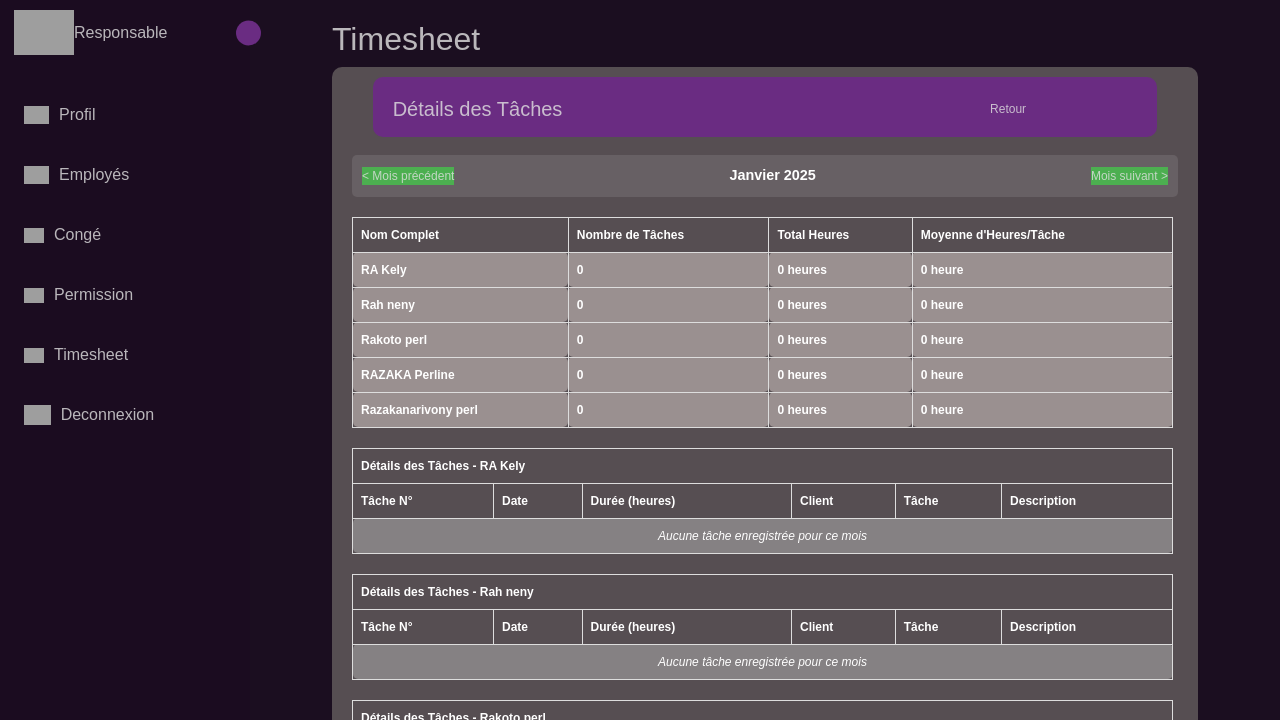
Repository: Fandresena19/Gestion-employe
Page: http://localhost/phpmailer/Assets/responsable/vue/detail_timesheet.php?mois=1&annee=2025
An editor plug-in stored every save of this project. The page is shown before and after the next save, followed by the edit.
The browser window is 1280 px wide. The pictures show the whole page.
Pictures or frames that could not be fetched are drawn as grey boxes. An inner scrolling area shows only its first screen. Some web fonts or font styles are not loaded; a fallback is used. The page is run by PHP 8.4 with error messages shown; the project is at /var/www/html/. The database holds what the project's SQL file puts in it.

Above is the page before, as saved 2025-05-12 09:11:04.

### Assets/responsable/vue/detail_timesheet.php
<?php
include('../other/head.php');

// Récupération du mois et de l'année actuels ou des paramètres passés dans l'URL
$moisActuel = isset($_GET['mois']) ? intval($_GET['mois']) : intval(date('m'));
$anneeActuelle = isset($_GET['annee']) ? intval($_GET['annee']) : intval(date('Y'));

// Vérification de la validité du mois
if ($moisActuel < 1) {
  $moisActuel = 12;
  $anneeActuelle--;
} elseif ($moisActuel > 12) {
  $moisActuel = 1;
  $anneeActuelle++;
}

// Date du premier jour du mois
$premierJourDuMois = $anneeActuelle . '-' . str_pad($moisActuel, 2, '0', STR_PAD_LEFT) . '-01';
// Date du dernier jour du mois
$dernierJourDuMois = date('Y-m-t', strtotime($premierJourDuMois));

// Noms des mois pour l'affichage
$nomsMois = [
  1 => 'Janvier',
  2 => 'Février',
  3 => 'Mars',
  4 => 'Avril',
  5 => 'Mai',
  6 => 'Juin',
  7 => 'Juillet',
  8 => 'Août',
  9 => 'Septembre',
  10 => 'Octobre',
  11 => 'Novembre',
  12 => 'Décembre'
];

// Calcul du mois précédent et suivant pour la navigation
$moisPrecedent = $moisActuel - 1;
$anneePrecedente = $anneeActuelle;
if ($moisPrecedent < 1) {
  $moisPrecedent = 12;
  $anneePrecedente--;
}

$moisSuivant = $moisActuel + 1;
$anneeSuivante = $anneeActuelle;
if ($moisSuivant > 12) {
  $moisSuivant = 1;
  $anneeSuivante++;
}

// Vérifier si l'utilisateur est un responsable
$estResponsable = false;
if (isset($_SESSION['id_user']) && isset($_SESSION['role'])) {
  $estResponsable = ($_SESSION['role'] === 'Responsable');
}

// D'abord récupérer tous les employés
$requeteEmployes = $bdd->query('SELECT matricule_emp, nom_emp, prenom_emp FROM employer_login ORDER BY nom_emp');

// Tableau pour stocker les informations des employés
$employesInfos = [];

// Initialiser les données pour tous les employés
while ($employe = $requeteEmployes->fetch(PDO::FETCH_ASSOC)) {
  $matricule = $employe['matricule_emp'];

  $employesInfos[$matricule] = [
    'nom_complet' => $employe['nom_emp'] . ' ' . $employe['prenom_emp'],
    'total_heures' => 0,
    'nb_taches' => 0,
    'taches' => []
  ];
}

// Requête pour récupérer toutes les tâches du mois pour tous les employés
$requeteTaches = $bdd->prepare('
    SELECT t.*, e.nom_emp, e.prenom_emp
    FROM timesheet t
    JOIN employer_login e ON e.matricule_emp = t.matricule_emp
    WHERE t.date_tache BETWEEN :debut AND :fin
    ORDER BY e.matricule_emp, t.date_tache DESC
');

$requeteTaches->execute([
  'debut' => $premierJourDuMois,
  'fin' => $dernierJourDuMois
]);

// Compléter les informations des employés avec leurs tâches
while ($tache = $requeteTaches->fetch(PDO::FETCH_ASSOC)) {
  $matricule = $tache['matricule_emp'];

  if (isset($employesInfos[$matricule])) {
    $tacheInfo = [
      'id_timesheet' => $tache['id_timesheet'],
      'tache' => $tache['tache'],
      'date_tache' => $tache['date_tache'],
      'duree_tache' => $tache['duree_tache'],
      'client' => $tache['client'],
      'description_tache' => $tache['description_tache'],
      'note' => $tache['note']
    ];

    $employesInfos[$matricule]['taches'][] = $tacheInfo;
    $employesInfos[$matricule]['total_heures'] += intval($tache['duree_tache']);
    $employesInfos[$matricule]['nb_taches']++;
  }
}

// Comptage des tâches pour chaque employé dans le mois sélectionné
foreach ($employesInfos as $matricule => &$employe) {
  $stmt = $bdd->prepare('
        SELECT COUNT(*) AS total, SUM(duree_tache) AS heures_totales
        FROM timesheet
        WHERE matricule_emp = :matricule AND date_tache BETWEEN :debut AND :fin
    ');
  $stmt->execute([
    'matricule' => $matricule,
    'debut' => $premierJourDuMois,
    'fin' => $dernierJourDuMois
  ]);
  $result = $stmt->fetch(PDO::FETCH_ASSOC);
  $employe['nb_taches'] = $result['total'] ?: 0;
  $employe['total_heures'] = $result['heures_totales'] ?: 0;
}
unset($employe); // Détruire la référence à la dernière valeur
?>

<style>
  html,
  body {
    height: 100%;
    margin: 0;
    overflow: hidden;
  }

  .contenu {
    flex-grow: 1;
    display: flex;
    flex-direction: column;
    margin-top: -2% !important;
    overflow-y: auto;
  }

  .contenu header {
    flex-shrink: 0;
  }

  .navigation {
    display: flex;
    justify-content: space-between;
    align-items: center;
    margin-bottom: 20px;
    background-color: rgba(255, 255, 255, 0.1);
    padding: 10px;
    border-radius: 5px;
  }

  .navigation button{
    background-color: #4CAF50;
    border: none;
  }

  .mois-actuel {
    font-size: 1.2em;
    font-weight: bold;
    color: white;
  }

  .nav-buttons {
    display: flex;
    gap: 10px;
  }

  .scrollbar {
    max-height: 70vh;
    overflow-y: auto;
    padding-right: 5px;
  }

  table {
    width: 100%;
    border-collapse: collapse;
    margin-bottom: 20px;
  }

  th,
  td {
    border: 1px solid #ddd;
    padding: 8px;
    text-align: left;
    color: white !important;
  }

  tr:hover {
    background-color: transparent !important;
  }

  .recap-header {
    background-color: rgb(154, 144, 144);
    font-weight: bold;
  }

  .tache-row {
    background-color: rgba(100, 149, 237, 0.7);
  }

  .no-tache {
    background-color: rgba(180, 180, 180, 0.5);
    font-style: italic;
  }

  .bouton-retour {
    margin-right: 10px;
  }

  .header-actions {
    display: flex;
    justify-content: space-between;
    align-items: center;
    width: 100%;
  }

  .tache-detail {
    margin-bottom: 5px;
  }

  .tache-description {
    max-width: 300px;
    overflow: hidden;
    text-overflow: ellipsis;
    white-space: nowrap;
  }
</style>

<div class="annotation">
  <h2>Timesheet</h2>
</div><br>

<div class="contenu">
  <header>
    <div class="header-actions">
      <h4>Détails des Tâches</h4>
      <div class="bouton bouton-retour">
        <a href="./liste_timesheet.php"><button type="submit">Retour</button></a>
      </div>
    </div>
  </header> <br />

  <div class="navigation">
    <a href="?mois=<?php echo $moisPrecedent; ?>&annee=<?php echo $anneePrecedente; ?>">
      <button type="button">&lt; Mois précédent</button>
    </a>
    <div class="mois-actuel">
      <?php echo $nomsMois[$moisActuel] . ' ' . $anneeActuelle; ?>
    </div>
    <a href="?mois=<?php echo $moisSuivant; ?>&annee=<?php echo $anneeSuivante; ?>">
      <button type="button">Mois suivant &gt;</button>
    </a>
  </div>

  <div class="scrollbar">
    <table>
      <thead>
        <tr>
          <th>Nom Complet</th>
          <th>Nombre de Tâches</th>
          <th>Total Heures</th>
          <th>Moyenne d'Heures/Tâche</th>
        </tr>
      </thead>
      <tbody>
        <?php foreach ($employesInfos as $matricule => $employe): ?>
          <tr class="recap-header">
            <td><?php echo $employe['nom_complet']; ?></td>
            <td><?php echo $employe['nb_taches']; ?></td>
            <td><?php echo $employe['total_heures']; ?> heures</td>
            <td>
              <?php
              echo $employe['nb_taches'] > 0
                ? round($employe['total_heures'] / $employe['nb_taches'], 1) . ' heures'
                : '0 heure';
              ?>
            </td>
          </tr>
        <?php endforeach; ?>
      </tbody>
    </table>

    <?php foreach ($employesInfos as $matricule => $employe): ?>
      <table>
        <thead>
          <tr>
            <th colspan="6">Détails des Tâches - <?php echo $employe['nom_complet']; ?></th>
          </tr>
          <tr>
            <th>Tâche N°</th>
            <th>Date</th>
            <th>Durée (heures)</th>
            <th>Client</th>
            <th>Tâche</th>
            <th>Description</th>
          </tr>
        </thead>
        <tbody>
          <?php if (empty($employe['taches'])): ?>
            <tr class="no-tache">
              <td colspan="6" style="text-align: center;">Aucune tâche enregistrée pour ce mois</td>
            </tr>
          <?php else: ?>
            <?php foreach ($employe['taches'] as $tache): ?>
              <tr class="tache-row">
                <td><?php echo $tache['id_timesheet']; ?></td>
                <td><?php echo date('d/m/Y', strtotime($tache['date_tache'])); ?></td>
                <td><?php echo $tache['duree_tache']; ?></td>
                <td><?php echo $tache['client']; ?></td>
                <td><?php echo $tache['tache']; ?></td>
                <td class="tache-description" title="<?php echo htmlspecialchars($tache['description_tache']); ?>">
                  <?php echo htmlspecialchars($tache['description_tache']); ?>
                </td>
              </tr>
              <?php if (!empty($tache['note'])): ?>
                <tr>
                  <td colspan="6" class="tache-detail">
                    <strong>Note:</strong> <?php echo htmlspecialchars($tache['note']); ?>
                  </td>
                </tr>
              <?php endif; ?>
            <?php endforeach; ?>
          <?php endif; ?>
        </tbody>
      </table>
    <?php endforeach; ?>
  </div>
</div>

<?php
include('../other/foot.php');
?>

### Assets/responsable/other/head.php
<?php
session_start();

include('bd.php');

?>

<!DOCTYPE html>
<html lang="en">

<head>
  <meta charset="UTF-8">
  <meta http-equiv="X-UA-Compatible" content="IE=edge">
  <meta name="viewport" content="width=device-width, initial-scale=1.0">
  <link rel="stylesheet" href="../../bootstrap4/css/bootstrap.min.css">
  <link rel="stylesheet" href="../../bootstrap4/boxicons-2.1.4/css/boxicons.min.css">
  <link rel="stylesheet" href="../../css/style_nav.css">
  <link rel="stylesheet" href="../../css/conge.css">
  <link rel="stylesheet" href="../../css/modif_emp.css">
  <link rel="stylesheet" href="../../css/modal.css">
  <title>Respponsable</title>

</head>

<body>

  <div class="container-fluid">
    <div id="container">

      <nav class="sidebar" id="side_nav">
        <header>
          <div class="image-text">
            <span class="image">
              <img src="../../Icone/Logo.png" alt="">
            </span>

            <div class="text header-text">
              <span class="resplonsable">Responsable</span>
            </div>
          </div>

          <i class="bx bx-chevron-right toggle"></i>
        </header>

        <div class="menu-bar">
          <div class="menu">

            <ul class="list-unstyled nav-links">
              <a href="../vue/pageresponsable.php">
                <li><img src="../../Icone/home.png" alt="" width="25px" class="icone"><span>Profil</span></li>
              </a>
              <a href="../vue/liste_employe.php">
                <li><img src="../../Icone/user.png" alt="" width="25px" class="icone"><span>Employés</span></li>
              </a>
              <a href="../vue/liste_conge.php">
                <li><img src="../../Icone/leave.png" alt="" width="20px" class="icone"><span>Congé</span></li>
              </a>
              <a href="../vue/liste_permission.php">
                <li class=""><img src="../../Icone/permission.png" alt="" width="20px" class="icone"><span>Permission</span></li>
              </a>
              <a href="../vue/detail_timesheet.php">
                <li><img src="../../Icone/timesheet.png" alt="" width="20px" class="icone"><span>Timesheet</span></li>
              </a>
              <a href="#">
                <li onclick="document.getElementById('id01').style.display='block'"><img src="../../Icone/logout.png" alt="" width="-25px" height="20px" class="icone"><span>Deconnexion</span></li>
              </a><br>

            </ul>
          </div>
        </div>
      </nav>

      <div id="id01" class="modal">
        <span onclick="document.getElementById('id01').style.display='none'" class="close">×</span>
        <form class="modal-content" action="">
          <div class="container">
            <h1>Deconnexion</h1>
            <p>Voulez-vous vraiment se deconnecter?</p>

            <div class="clearfix">
              <a href="../../other/logout.php"><button type="button" onclick="document.getElementById('id01').style.display='none'" class="deletebtn">Oui</button></a>
              <button type="button" onclick="document.getElementById('id01').style.display='none'" class="cancelbtn">Non</button>
            </div>
          </div>
        </form>
      </div>

      <div class="dashboard" id="Main">

### Assets/responsable/other/bd.php
<?php

$servername = "localhost";
$dbname = "gestion_employe";
$username = "root";
$password = '';

try{
    $bdd = new PDO("mysql:host=$servername;dbname=$dbname" ,$username , $password);
    $bdd->setAttribute(PDO::ATTR_ERRMODE, PDO::ERRMODE_EXCEPTION);

    return $bdd;
}catch(PDOException $e){
    die('Erreur de connexion' . $e->getMessage());
}


?>

### Assets/responsable/other/foot.php
</div>
  </div>

  <script src="../../js/Sidebar.js"></script>
</body>

</html>

### Assets/css/style_nav.css
*{
    font-family: Arial, Helvetica, sans-serif;
    margin: 0;
    padding: 0;
    box-sizing: border-box;
    color: var(--text-color);
}

:root{
    /* Couleur */
    --bg-nav: #1B0C20;
    --bg-body: #1B0E20;
    --body-second-bg: #6a6363bf;
    --bouton-hover : #C4BCBC;
    --active: #6A2C82;
    --text-color: #e0e0e0ce;
    --menu-color: #14041ae6;

    /* transition */
    --trans-02: all 0.2s ease;
    --trans-03: all 0.3s ease;
    --trans-04: all 0.4s ease;
    --trans-05: all 0.5s ease;
}

body{
    height: 100%;
    background-color: var(--bg-body);

}

/* ==== Sidebar ==== */
.sidebar{
    position: fixed;
    top: 0;
    left: 0;
    height: 100%;
    width: 250px;
    padding: 10px 14px;
    z-index: 1000%;
    background-color: var(--bg-nav);
    transition: var(--trans-05);
}
.sidebar.close{
    width: 80px;
    height: 100%;
    top: 0;
    z-index: 100%;
}

/* === Contenu Sidebar === */
.sidebar.close .text{
    opacity: 0;
}
.sidebar.close .menu ul a li span{
    opacity: 0;
}
.sidebar.close .nav-links li img{
    margin-left: 25%;
}

.sidebar header{
    position: relative
}

.sidebar .image{
    min-width: 60px;
    display: flex;
    align-items: center;
}

.sidebar .image-text img{
    max-width: 60px;
    display: flex;
    justify-content: center;
}

.sidebar header .image-text{
    display: flex;
    align-items: center;
    transition: var(--trans-03);
    white-space: nowrap;
}

header .image-text .header-text{
    display: flex;
    flex-direction: column;
}

.header-text .employe{
    font-weight: 600;
    font-size: 30px;
    margin-left: 10px;
    color: var(--text-color);
}

/* Toggle */
.sidebar.sidebar.close header .toggle{
    transform: translateY(-50%);
}
.sidebar header .toggle{
    position: absolute;
    top: 50%;
    right: -25px;
    transform: translateY(-50%) rotate(180deg);
    height: 25px;
    width: 25px;
    background-color: var(--active);
    display: flex;
    align-items: center;
    justify-content: center;
    border-radius: 50%;
    font-size: 20px;
    z-index: 100%;
    transition: var(--trans-03);
}

.sidebar .menu{
    margin-top: 35px;
}

.sidebar li{
    height: 50px;
    /* background-color: var(--menu-color); */
    margin-top: 10px;
    display: flex;
    align-items: center;
    justify-content: left;
    color: var(--text-color);
    border-radius: 10px;
    transition: var(--trans-04);
}
.sidebar li .icone{
    margin-left: 10px;
}

.sidebar li span{
    margin-left: 10px;
    transition: var(--trans-03);
    white-space: nowrap;
    opacity: 1;
}

.sidebar .nav-links a{
    text-decoration: none;
}

.sidebar li:hover{
    background-color: var(--menu-color);
}

/* ==active sidebar == */
.sidebar .active{
    background-color: var(--active);
}
.sidebar .active:hover{
    background-color: var(--active);
}


/* ==== dashboard ==== */
.dashboard{
    position: relative;
    height: auto;
    left: 250px;
    width: calc(100% - 250px);
    /* background-color: red; */
    transition: var(--trans-05);
}

.sidebar.close ~ .dashboard{
    left: 50px;
    width: calc(100% - 50px);
}

@media screen and (max-width: 1075px) {
    .sidebar {
        width: 60px;
        height: 100%;
        z-index: 1000;
    }

    .sidebar .text,
    .sidebar .menu ul a li span {
        opacity: 0;
    }

    .sidebar .nav-links li img {
        margin-left: 25%;
        width: 15px;
    }

    .sidebar header .toggle {
        right: -20px;
    }
.contenu{
    width: 100%;
}
    .dashboard {
        left: 0px;
        right: 0px;
        width: calc(100% - 0px);
    }
}

@media screen and (max-width: 768px) {
    .sidebar {
        width: 60px;
        height: 100%;
        z-index: 1000;
    }

    .sidebar .text,
    .sidebar .menu ul a li span {
        opacity: 0;
    }

    .sidebar .nav-links li img {
        margin-left: 25%;
        width: 15px;
    }

    .sidebar header .toggle {
        right: -20px;
    }
.contenu{
    width: 100%;
}
    .dashboard {
        left: 0px;
        right: 0px;
        width: calc(100% - 0px);
    }
}

@media screen and (max-width: 480px) {
    .sidebar {
        position: fixed;
        width: 50px;
        padding: 8px;
    }

    .dashboard {
        left: 0px;
        right: 0px;
        width: calc(100% - 0px);
    }

    .header-text .employe {
        font-size: 20px;
        margin-left: 5px;
    }

    .sidebar header .toggle {
        height: 20px;
        width: 20px;
        font-size: 16px;
    }
}

### Assets/css/modif_emp.css
:root{
    /* Couleur */
    --bg-nav: #1B0C20;
    --bg-body: #1B0E20;
    --body-second-bg: #6a6363bf;
    --bouton-hover : #C4BCBC;
    --active: #6A2C82;
    --text-color: #e0e0e0ce;
    --menu-color: #14041ae6;

    /* transition */
    --trans-02: all 0.2s ease;
    --trans-03: all 0.3s ease;
    --trans-04: all 0.4s ease;
    --trans-05: all 0.5s ease;
}



input, select, textarea{
    background-color: transparent !important;
}

.bouton_confirmer{
    padding: 12px;
    width: 50%;
    margin: auto;
    font-size: 14px;
    display: flex;
    justify-content: center;
    background-color: var(--body-second-bg);
    border: none;
    border-radius: 10px;
}
.bouton_confirmer:hover{
    background-color: var(--active);
}

### Assets/css/modal.css
:root{
  /* Couleur */
  --bg-nav: #1B0C20;
  --bg-body: #1B0E20;
  --body-second-bg: #6a6363bf;
  --bouton-hover : #C4BCBC;
  --active: #6A2C82;
  --text-color: #e0e0e0ce;
  --menu-color: #14041ae6;

  /* transition */
  --trans-02: all 0.2s ease;
  --trans-03: all 0.3s ease;
  --trans-04: all 0.4s ease;
  --trans-05: all 0.5s ease;
}

/* Set a style for all buttons */
.clearfix button {
  color: white;
  padding: 10px 14px;
  margin: 10px 0;
  border: none;
  cursor: pointer;
  width: 10%;
  opacity: 0.9;
}

.clearfix button:hover {
  opacity:0.5;
}

/* Float cancel and delete buttons and add an equal width */
.cancelbtn, .deletebtn {
  width: 30%;
  border-radius: 10px;
}

/* Add a color to the cancel button */
.cancelbtn {
  background-color: #ccc;
  color: black !important;
  padding-left: 10px !important;
  padding-right: 10px !important;
}

/* Add a color to the delete button */
.deletebtn {
  background-color: #f44336;
  padding-left: 10px;
}

/* Add padding and center-align text to the container */
.container {
  padding: 16px;
  text-align: center;
}

/* The Modal (background) */
.modal {
  display: none; /* Hidden by default */
  position: fixed; /* Stay in place */
  z-index: 999; /* Sit on top */
  left: 0;
  top: 0;
  width: 100%; /* Full width */
  height: 100%; /* Full height */
  overflow: auto; /* Enable scroll if needed */
  background-color: var(--bg-body);
  padding: 10%;
}

/* Modal Content/Box */
.modal-content {
  background-color: var(--bg-body);
  margin: 5% auto 15% auto; /* 5% from the top, 15% from the bottom and centered */
  border: none;
  width: 50%; /* Could be more or less, depending on screen size */
}

/* Style the horizontal ruler */
hr {
  border: 1px solid #f1f1f1;
  margin-bottom: 25px;
}

/* The Modal Close Button (x) */
.close {
  position: absolute;
  right: 35px;
  top: 15px;
  font-size: 30px;
  font-weight: 500;
  color: #f1f1f1;
}

.close:hover,
.close:focus {
  color: #f44336;
  cursor: pointer;
}

/* Clear floats */
.clearfix::after {
  content: "";
  clear: both;
  display: table;
}

/* Change styles for cancel button and delete button on extra small screens */
@media screen and (max-width: 700px) {
  .cancelbtn, .deletebtn {
     width: 100% !important;
  }
}

### Base.sql (the tables this page reads)
CREATE TABLE `employer_login` (
  `matricule_emp` int NOT NULL AUTO_INCREMENT,
  `nom_emp` varchar(255) DEFAULT NULL,
  `prenom_emp` varchar(255) DEFAULT NULL,
  `date_embauche` date DEFAULT NULL,
  `telephone` varchar(50) DEFAULT NULL,
  `role` varchar(255) DEFAULT NULL,
  `id_service` int DEFAULT NULL,
  `mail_emp` varchar(255) DEFAULT NULL,
  `mdp_emp` varchar(100) DEFAULT NULL,
  `profil` varchar(255) CHARACTER SET utf8mb4 COLLATE utf8mb4_0900_ai_ci DEFAULT NULL COMMENT '../uploads/default.jpg',
  PRIMARY KEY (`matricule_emp`)
) ENGINE=MyISAM AUTO_INCREMENT=10 DEFAULT CHARSET=utf8mb4 COLLATE=utf8mb4_0900_ai_ci;

insert  into `employer_login`(matricule_emp,nom_emp,prenom_emp,date_embauche,telephone,role,id_service,mail_emp,mdp_emp,profil) values (2,'RAZAKA','Perline','2024-10-04','2','Simple',1,'Zafy@gmail.com','123','../../uploads/image Perline.png'),(4,'Rah','neny','2025-01-01','1','Simple',1,'Raneny@gmail.com','123','../../uploads/4neny.jpg'),(5,'RA','Kely','2025-04-03','2','Simple',1,'koto@gmail.com','1234',NULL),(6,'Razakanarivony','perl','2025-04-03','1234','Simple',1,'Randria@gmail.com','123',NULL),(7,'Rakoto','perl','2025-05-15','123456',NULL,1,'Rakotokoto@gmail','123',NULL);

CREATE TABLE `timesheet` (
  `id_timesheet` int NOT NULL AUTO_INCREMENT,
  `tache` varchar(255) DEFAULT NULL,
  `date_tache` date DEFAULT NULL,
  `duree_tache` int DEFAULT NULL,
  `client` varchar(255) DEFAULT NULL,
  `mission` varchar(255) DEFAULT NULL,
  `description_tache` text,
  `note` text,
  `matricule_emp` int DEFAULT NULL,
  PRIMARY KEY (`id_timesheet`)
) ENGINE=MyISAM AUTO_INCREMENT=11 DEFAULT CHARSET=utf8mb4 COLLATE=utf8mb4_0900_ai_ci;

insert  into `timesheet`(id_timesheet,tache,date_tache,duree_tache,client,mission,description_tache,note,matricule_emp) values (1,'Immo','2025-05-09',4,'NOVITY',NULL,'booclage','',2),(2,'Immo','2025-05-12',2,'NOVITY',NULL,'rien','',2),(3,'Immo','2025-05-12',8,'NOVITY',NULL,'ttt','',2),(4,'immo','2025-05-12',1,'NOVITY','Booclage','Booclage immo','',2),(5,'immo','2025-05-14',3,'NOVITY','Booclage','Booclage NOVITY','',2),(6,'immo','2025-05-14',1,'NOVITY','Booclage','jglqsjglkdsqjlkg','',2),(7,'immo','2025-05-14',1,'NOVITY','Booclage','ngjd','',2),(8,'immo','2025-05-14',1,'NOVITY','Booclage','hfksdh','',2),(9,'immo','2025-05-14',1,'NOVITY','Booclage','qsdfghjklm','',2),(10,'immo','2025-05-14',1,'NOVITY','Booclage','azerty','',2);

Loaded but not shown: Assets/bootstrap4/css/bootstrap.min.css (library); Assets/bootstrap4/boxicons-2.1.4/css/boxicons.min.css (library); Assets/js/Sidebar.js (7 lines, source omitted); Assets/css/conge.css (283 lines, source omitted)

After the next save:
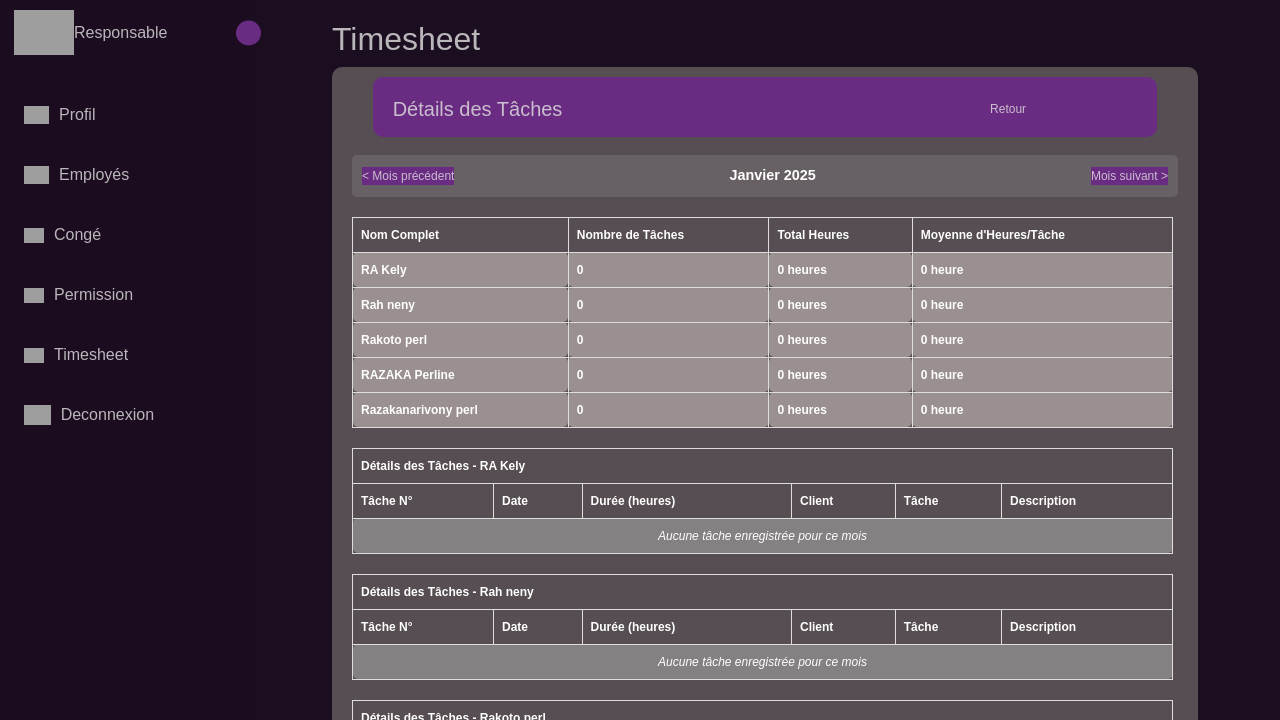
Saved 32 s later.
--- a/Assets/responsable/vue/detail_timesheet.php
+++ b/Assets/responsable/vue/detail_timesheet.php
@@ -159,7 +159,7 @@ unset($employe); // Détruire la référence à la dernière valeur
   }
 
   .navigation button{
-    background-color: #4CAF50;
+    background-color: #6A2C82;
     border: none;
   }
 
